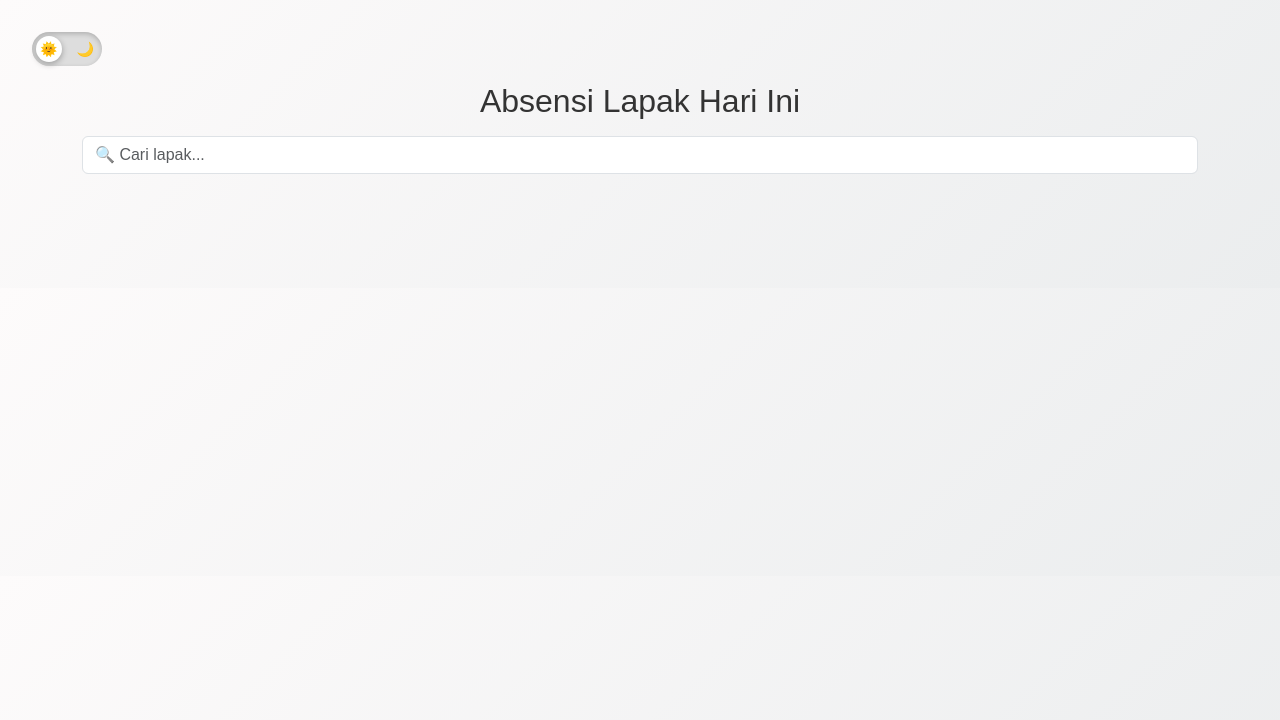
Repository: pasarrakyatbak/absensi
Page: index.html
These files come from the project's save history. The page is drawn as it stood at one moment and after the next save; the edit follows.
The browser window is 1280 px wide. The pictures show the whole page.

Above is the page before, as saved 2025-09-22 01:10:23.

### index.html
<!DOCTYPE html>
<html lang="id">

<head>
    <meta charset="UTF-8">
    <meta name="viewport" content="width=device-width, initial-scale=1.0">
    <title>Absensi Lapak</title>
    <link href="https://cdn.jsdelivr.net/npm/bootstrap@5.3.2/dist/css/bootstrap.min.css" rel="stylesheet">
    <link rel="stylesheet" href="style.css">
</head>

<body class="p-3">
    <!-- Toggle Dark Mode -->
    <div class="dark-toggle mb-3">
        <input type="checkbox" id="darkSwitch">
        <label for="darkSwitch" class="toggle-label">
            <span class="toggle-icon">🌞</span>
            <span class="toggle-ball"></span>
            <span class="toggle-icon">🌙</span>
        </label>
    </div>

    <div class="container">
        <!-- Judul & Search -->
        <h2 class="mb-3 text-center">Absensi Lapak Hari Ini</h2>
        <input type="text" id="searchInput" class="form-control mb-4" placeholder="🔍 Cari lapak...">

        <!-- Ringkasan -->
        <div id="lapakSummary" class="summary-cards mb-4"></div>

        <!-- Info Banner -->
        <div id="absensiInfoBanner" class="alert text-center mb-3"></div>

        <!-- Daftar Lapak -->
        <div id="lapakContainer" class="row"></div>
    </div>

    <!-- Modal Absensi -->
    <div id="absensiModal" class="modal-overlay">
        <div class="modal-content">
            <p id="absensiInfo"></p>
            <button class="btn btn-success" id="modalAbsenBtn">Absen Sekarang</button>
            <button class="btn btn-secondary" onclick="closeAbsensiModal()">Tutup</button>
        </div>
    </div>

    <!-- Loader -->
    <div id="absensiLoading" class="d-none">
        <div class="loader-content text-center">
            <div class="spinner-border text-light" role="status" style="width:3rem;height:3rem;"></div>
            <p id="absensiLoadingText" class="text-white mt-2">Sedang memproses...</p>
        </div>
    </div>

    <script src="script.js"></script>
</body>

</html>

### style.css
body {
    background: linear-gradient(135deg, #fdfbfb, #ebedee);
    font-family: 'Poppins', sans-serif;
    color: #333;
    transition: background 0.3s ease, color 0.3s ease;
    margin: 0;
    padding: 0;
}

body.dark {
    background: linear-gradient(135deg, #0f2027, #203a43, #2c5364);
    color: #f1f1f1;
}

/* ================= Card umum ================= */
.lapak-card {
    cursor: pointer;
    border-radius: 16px;
    padding: 1rem;
    backdrop-filter: blur(8px);
    transition: transform 0.25s ease, box-shadow 0.25s ease, background 0.3s ease, border 0.3s ease, color 0.3s ease;
    box-shadow: 0 4px 12px rgba(0, 0, 0, 0.08);
}

/* Hover effect */
.lapak-card:hover {
    transform: translateY(-6px);
    box-shadow: 0 10px 25px rgba(0, 0, 0, 0.2);
}

.lapak-card.disabled {
    pointer-events: none;
    opacity: 0.6;
}

/* Default teks dalam card */
.lapak-card .card-title,
.lapak-card .card-text,
.lapak-card .status-text {
    color: inherit;
    transition: color 0.3s ease;
}

/* ================= Modal ================= */
#absensiModal {
    display: none;
    position: fixed;
    top: 0;
    left: 0;
    width: 100%;
    height: 100%;
    background: rgba(0, 0, 0, 0.6);
    backdrop-filter: blur(6px);
    justify-content: center;
    align-items: center;
    z-index: 1050;
    padding: 1rem;
    box-sizing: border-box;
}

#absensiModal .modal-content {
    background: rgba(255, 255, 255, 0.9);
    padding: 1.5rem;
    border-radius: 16px;
    text-align: center;
    max-width: 400px;
    width: 100%;
    transition: background 0.3s ease, color 0.3s ease, transform 0.25s ease;
    box-shadow: 0 8px 24px rgba(0, 0, 0, 0.2);
}

#absensiModal .modal-content:hover {
    transform: scale(1.02);
}

body.dark #absensiModal .modal-content {
    background: rgba(30, 30, 30, 0.95);
    color: #f1f1f1;
}

/* ================= Loader ================= */
#absensiLoading {
    position: fixed;
    top: 0;
    left: 0;
    width: 100%;
    height: 100%;
    background: rgba(0, 0, 0, 0.7);
    justify-content: center;
    align-items: center;
    z-index: 2000;
    backdrop-filter: blur(6px);
}

/* ================= Sudah hadir ================= */
.lapak-card.hadir {
    background: rgba(212, 237, 218, 0.8);
    border: 1px solid #c3e6cb;
    color: #155724;
}

body.dark .lapak-card.hadir {
    background: rgba(45, 62, 51, 0.8);
    border: 1px solid #4caf50;
    color: #90ee90;
}

/* ================= Belum hadir ================= */
.lapak-card.belum {
    background: rgba(255, 255, 255, 0.85);
    border: 1px solid #ddd;
    color: #333;
}

body.dark .lapak-card.belum {
    background: rgba(30, 30, 30, 0.9);
    border: 1px solid #444;
    color: #f1f1f1;
}

/* ================= Toggle wrapper ================= */
.dark-toggle {
    display: flex;
    justify-content: flex-start;
    align-items: center;
    margin: 1rem;
}

/* Hidden checkbox */
.dark-toggle input {
    display: none;
}

/* Label sebagai saklar */
.toggle-label {
    background: #ddd;
    border-radius: 50px;
    cursor: pointer;
    display: flex;
    align-items: center;
    justify-content: space-between;
    width: 70px;
    height: 34px;
    position: relative;
    transition: background 0.3s ease;
    padding: 0 8px;
    font-size: 14px;
    box-shadow: inset 0 2px 5px rgba(0, 0, 0, 0.2);
}

/* Bulatan */
.toggle-ball {
    position: absolute;
    top: 4px;
    left: 4px;
    width: 26px;
    height: 26px;
    background: #fff;
    border-radius: 50%;
    transition: transform 0.3s ease, background 0.3s ease;
    box-shadow: 0 2px 6px rgba(0, 0, 0, 0.3);
}

/* Ikon matahari 🌞 dan bulan 🌙 */
.toggle-icon {
    z-index: 2;
}

/* Aktif (dark mode) */
.dark-toggle input:checked+.toggle-label {
    background: #444;
}

.dark-toggle input:checked+.toggle-label .toggle-ball {
    transform: translateX(36px);
    background: #90ee90;
}

/* ================= Summary Cards ================= */
.summary-cards {
    display: flex;
    gap: 1rem;
    flex-wrap: wrap;
    justify-content: center;
}

.summary-card {
    flex: 1 1 120px;
    min-width: 120px;
    padding: 1rem;
    border-radius: 12px;
    text-align: center;
    font-weight: 600;
    box-shadow: 0 4px 12px rgba(0, 0, 0, 0.08);
    transition: background 0.3s ease, color 0.3s ease;
}

.summary-card.total {
    background: #e3f2fd;
    color: #1565c0;
}

.summary-card.hadir {
    background: #d4edda;
    color: #155724;
}

.summary-card.belum {
    background: #f8d7da;
    color: #721c24;
}

.summary-card div {
    margin-top: 4px;
    font-weight: normal;
}

.summary-progress .progress {
    background: rgba(0, 0, 0, 0.1);
}

body.dark .summary-progress .progress {
    background: rgba(255, 255, 255, 0.1);
}

.progress-bar {
    font-size: 0.85rem;
    font-weight: 600;
    color: #fff;
    text-align: center;
}

/* Dark mode */
body.dark .summary-card.total {
    background: #1e3a5f;
    color: #90caf9;
}

body.dark .summary-card.hadir {
    background: #2d3e33;
    color: #90ee90;
}

body.dark .summary-card.belum {
    background: #5c2b2b;
    color: #f28b82;
}

/* ================= RESPONSIVE ================= */

/* HP kecil (≤576px) */
@media (max-width: 576px) {
    .lapak-card {
        font-size: 14px;
        padding: 0.8rem;
    }

    .lapak-card .card-title {
        font-size: 16px;
    }

    .lapak-card .card-text {
        font-size: 13px;
    }

    .lapak-card .status-text {
        font-size: 12px;
    }

    #absensiModal .modal-content {
        max-width: 95%;
        padding: 1rem;
    }

    .toggle-label {
        width: 60px;
        height: 30px;
        font-size: 12px;
    }

    .toggle-ball {
        width: 22px;
        height: 22px;
    }
}

/* Tablet (577px – 991px) */
@media (min-width: 577px) and (max-width: 991px) {
    .lapak-card {
        font-size: 15px;
        padding: 1rem;
    }

    .lapak-card .card-title {
        font-size: 18px;
    }

    .lapak-card .card-text {
        font-size: 14px;
    }

    .lapak-card .status-text {
        font-size: 13px;
    }

    #absensiModal .modal-content {
        max-width: 80%;
    }
}

/* Desktop (≥992px) */
@media (min-width: 992px) {
    .lapak-card {
        font-size: 16px;
        padding: 1.2rem;
    }

    .lapak-card .card-title {
        font-size: 20px;
    }

    .lapak-card .card-text {
        font-size: 15px;
    }

    .lapak-card .status-text {
        font-size: 14px;
    }

    #absensiModal .modal-content {
        max-width: 400px;
    }
}

/* ================= Responsive ================= */
@media (max-width: 768px) {
    .summary-cards {
        flex-direction: column;
        align-items: center;
    }

    .summary-card {
        width: 90%;
        max-width: none;
    }
}

### script.js
// =================== Konfigurasi ===================
const HANYA_MINGGU = false; // true = absensi hanya Minggu, false = setiap hari
const today = new Date();
const isSunday = HANYA_MINGGU ? (today.getDay() === 0) : true;

// =================== Loader ===================
function showAbsensiLoading(show, text = "Sedang menyimpan data...") {
    const loader = document.getElementById("absensiLoading");
    const loadingText = document.getElementById("absensiLoadingText");
    if (!loader || !loadingText) return;

    if (show) {
        loader.classList.remove("d-none");
        loader.classList.add("d-flex");
    } else {
        loader.classList.remove("d-flex");
        loader.classList.add("d-none");
    }
    loadingText.textContent = text;
}

// =================== Render lapak ===================
function renderLapak(data) {
    const container = document.getElementById("lapakContainer");
    container.innerHTML = "";

    if (data.length === 0) {
        container.innerHTML = `<p class="text-center">Tidak ada data lapak.</p>`;
        return;
    }

    data.forEach(lapak => {
        const statusHadir = (lapak.statusAbsensi || "").includes("✅");

        const card = document.createElement("div");
        card.className = "col-md-4 col-sm-6 mb-3";
        card.innerHTML = `
            <div class="card lapak-card shadow-sm ${statusHadir ? 'hadir' : 'belum'} ${statusHadir ? 'disabled' : ''}"
                 data-no-lapak="${lapak.noLapak}" data-nama-lapak="${lapak.nama}">
                <div class="card-body text-center">
                    <h5 class="card-title">Lapak ${lapak.noLapak}</h5>
                    <p class="card-text">${lapak.nama}</p>
                    <p class="status-text ${statusHadir ? 'text-success' : 'text-danger'}">
                        ${statusHadir ? "✅ Hadir" : "❌ Belum"}
                    </p>
                </div>
            </div>
        `;

        const cardEl = card.querySelector(".lapak-card");

        if (!statusHadir && cardEl) {
            if (isSunday) {
                cardEl.addEventListener("click", () => openAbsensiModal(lapak.noLapak, lapak.nama));
                cardEl.addEventListener("dblclick", () => absenLapak(lapak.noLapak));
            } else {
                cardEl.style.cursor = "not-allowed";
            }
        }

        container.appendChild(card);
    });
}

// =================== Absen ke server ===================
async function absenLapak(noLapak) {
    if (HANYA_MINGGU && !isSunday) {
        alert("❌ Absensi hanya bisa dilakukan hari Minggu.");
        return;
    }

    showAbsensiLoading(true, "Menyimpan absensi...");

    const card = document.querySelector(`.lapak-card[data-no-lapak="${noLapak}"]`);
    if (!card) {
        showAbsensiLoading(false);
        return;
    }
    const statusText = card.querySelector(".status-text");

    const oldText = statusText.textContent;
    const oldClass = statusText.className;

    // update UI sementara
    statusText.textContent = "✅ Hadir";
    statusText.classList.remove("text-danger");
    statusText.classList.add("text-success");
    card.classList.add("disabled");

    try {
        const res = await fetch(API_URL, {
            method: "POST",
            headers: { "Content-Type": "application/x-www-form-urlencoded" },
            body: new URLSearchParams({
                action: "absen",
                noLapak,
                password: "panitia123"
            })
        });
        const json = await res.json();

        if (!json.success) {
            // rollback kalau gagal
            statusText.textContent = oldText;
            statusText.className = oldClass;
            card.classList.remove("disabled");
            alert(json.message || "❌ Gagal menyimpan absensi.");
        } else {
            const lapakIndex = lapakData.findIndex(l => String(l.noLapak) === String(noLapak));
            if (lapakIndex > -1) {
                lapakData[lapakIndex].statusAbsensi = "✅ Hadir";
                renderLapak(lapakData);
            }
        }
    } catch (err) {
        statusText.textContent = oldText;
        statusText.className = oldClass;
        card.classList.remove("disabled");
        alert("❌ Gagal menyimpan absensi.");
    }

    showAbsensiLoading(false);
}
function updateAbsensiInfo() {
    const banner = document.getElementById("absensiInfoBanner");
    if (!banner) return;

    if (HANYA_MINGGU) {
        if (isSunday) {
            banner.className = "alert alert-success text-center mb-3";
            banner.textContent = "✅ Absensi AKTIF hari ini (Minggu)";
        } else {
            banner.className = "alert alert-warning text-center mb-3";
            banner.textContent = "⚠️ Absensi hanya dibuka setiap Minggu.";
        }
    } else {
        banner.className = "alert alert-info text-center mb-3";
        banner.textContent = "ℹ️ Absensi bisa dilakukan setiap hari.";
    }
}

After the next save:
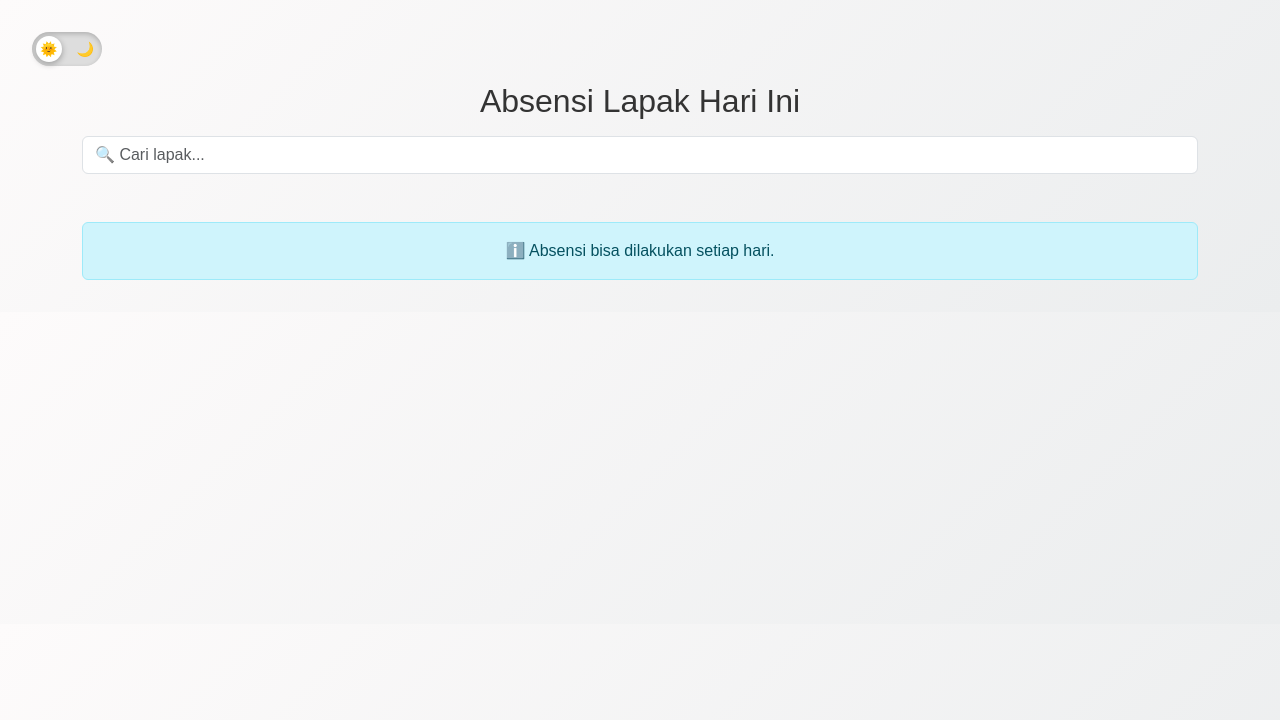
Saved 17 s later.
--- a/script.js
+++ b/script.js
@@ -138,3 +138,5 @@ function updateAbsensiInfo() {
         banner.textContent = "ℹ️ Absensi bisa dilakukan setiap hari.";
     }
 }
+
+updateAbsensiInfo();

After the save that followed:
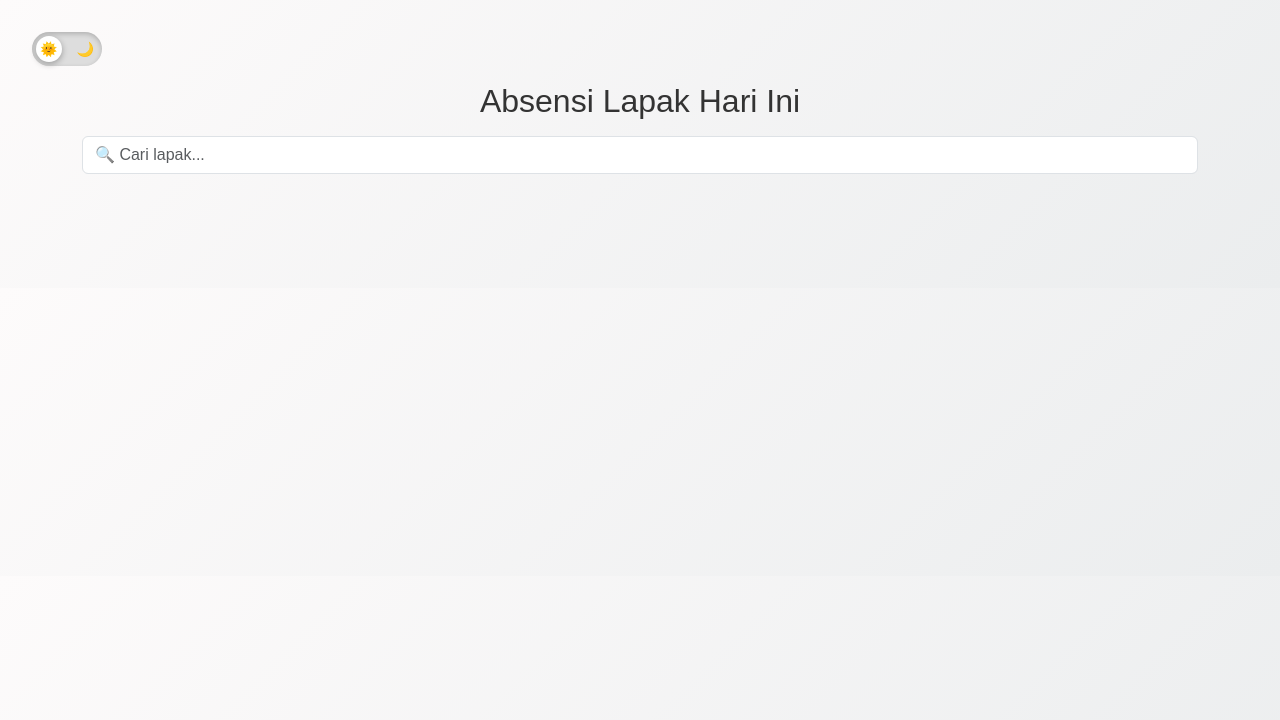
Console error: ReferenceError: loadLapak is not defined
Saved 13 s later.
--- a/script.js
+++ b/script.js
@@ -138,5 +138,5 @@ function updateAbsensiInfo() {
         banner.textContent = "ℹ️ Absensi bisa dilakukan setiap hari.";
     }
 }
-
+loadLapak();
 updateAbsensiInfo();
